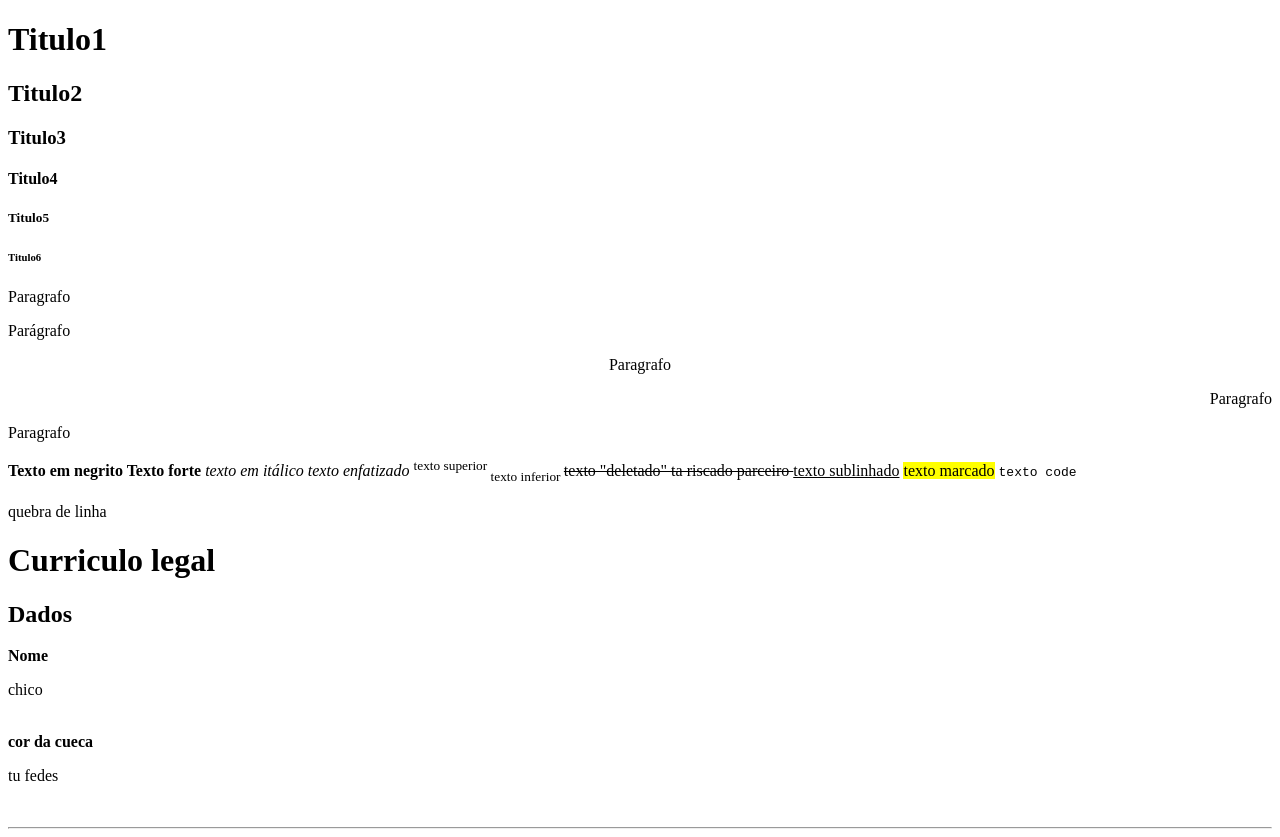
Repository: EmanuelUrbano/introducao_a_tecnologias
Page: estudos/estudo_html/index.html
These files come from the project's save history. The page is drawn as it stood at one moment and after the next save; the edit follows.
The browser window is 1280 px wide. The pictures show the whole page.

Above is the page before, as saved 2022-04-03 12:59:51.

### estudos/estudo_html/index.html
<!DOCTYPE html>
<html>
    <head>
        <meta chaset="UTF-8">
        <title>Estudos</title>
    </head>
    <body>
        <h1>Titulo1</h1>
        <h2>Titulo2</h2>
        <h3>Titulo3</h3>
        <h4>Titulo4</h4>
        <h5>Titulo5</h5>
        <h6>Titulo6</h6>
        <p>Paragrafo</p>
        <p align="left">Parágrafo</p>
        <p align="center">Paragrafo</p>
        <p align="right">Paragrafo</p>
        <p align="justify">Paragrafo</p>
        <b>Texto em negrito </b>
        <strong>Texto forte </strong>
        <i>texto em itálico </i>
        <em>texto enfatizado </em>
        <sup>texto superior </sup>
        <sub>texto inferior </sub>
        <del>texto "deletado" ta riscado parceiro </del>
        <ins>texto sublinhado</ins>
        <mark>texto marcado</mark>
        <code>texto code</code>
        <br>
        <br>
        quebra de linha
        <br>
        <!--comentario legal-->

        <!--cabeçalho curriculo e nome de quem é o curriculo-->
        <h1>Curriculo legal</h1>
        <!--Seção de dados pessoais-->
        <section>
            <!--Titulo seção-->
            <h2>Dados</h2>
            <!--"formulário"-->
            <b>Nome</b><p>chico</p><br>
            <b>cor da cueca</b><p>tu fedes</p><br>
        </section>
        <!--linha de separação-->
        <hr>
        <!--Seção de Habilidades e competencias-->
            <!--Titulo seção-->
            <!--Paragrafo descritivo-->
        <!--linha de separação-->


        <!--Seção de experiencia profissional-->
            <!--Titulo seção-->
            <!--ano inicial final e nome da empresa-->
            <!--Paragrafo descritivo da experiencia-->

        <!--linha de separação-->


        <!--seção de formação Academica-->
            <!--Titulo seção-->
            <!--ano inicial final e nome da escola-->
        <!--linha de separação-->

        <!--Formação complementar-->
            <!--Titulo seção-->
            <!--ano inicial final e nome do curso-->
        <!--linha de separação-->
    </body>
</html>

After the next save:
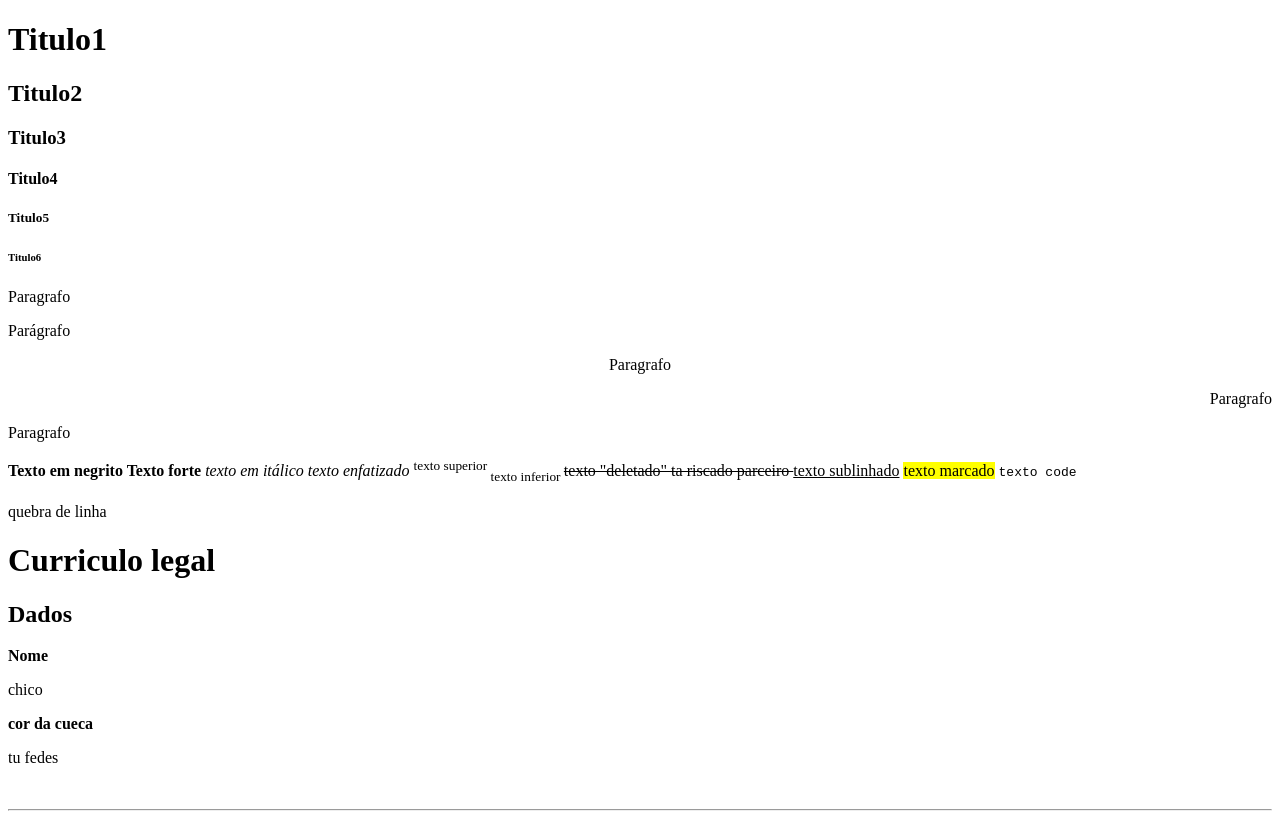
Saved 10 min 37 s later.
--- a/estudos/estudo_html/index.html
+++ b/estudos/estudo_html/index.html
@@ -39,7 +39,7 @@
             <!--Titulo seção-->
             <h2>Dados</h2>
             <!--"formulário"-->
-            <b>Nome</b><p>chico</p><br>
+            <b>Nome</b><p>chico</p>
             <b>cor da cueca</b><p>tu fedes</p><br>
         </section>
         <!--linha de separação-->
